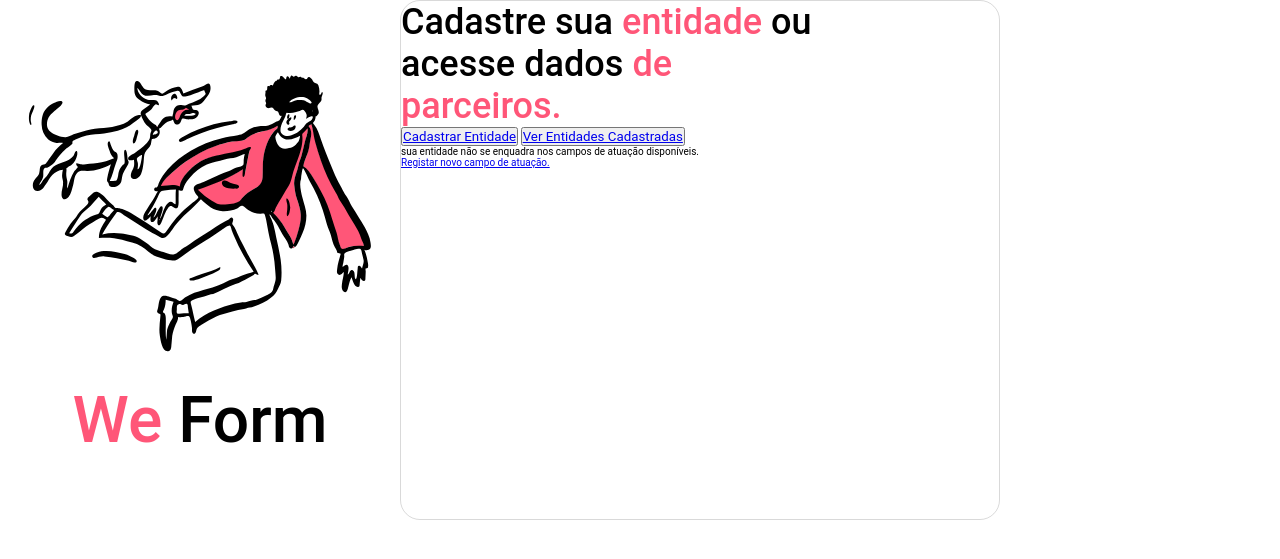
Repository: guilhermecardoso93/we-form
Page: index.html
The author's editor kept a copy of each file at every save. The page is drawn from the files as they stood at one save, then again after a run of saves.
The browser window is 1280 px wide. The pictures show the whole page.

Above is the page before, as saved 2024-06-09 12:10:48.

### index.html
<!DOCTYPE html>
<html lang="pt-BR">

<head>
    <meta charset="UTF-8">
    <meta name="viewport" content="width=device-width, initial-scale=1.0">
    <link rel="stylesheet" href="./styles.css">
    <title>We Form</title>
</head>

<body>
    <div class="content">

        <aside>
            <img src="./assets/hero.svg" alt="Ilustração mulher com cachorro" />
            <h1>
                <span>We</span> Form
            </h1>
        </aside>

        <main>
            <h2>Cadastre sua <span>entidade</span> ou acesse dados <span>de parceiros.</span></h2>
            <div class="buttons">
                <button>
                <a href="http://">Cadastrar Entidade</a>
            </button>
                <button>
                <a href="http://">Ver Entidades Cadastradas</a>
            </button>
            </div>
            <p>sua entidade não se enquadra nos campos de atuação disponíveis.</p>
            <a href="http://">Registar novo campo de atuação.</a>
        </main>
    </div>
</body>

</html>

### styles.css
* {
  padding: 0;
  margin: 0;
  box-sizing: border-box;
  font-family: Roboto, sans-serif;
}

:root {
  font-size: 62.5%;
}

body {
  margin: auto;
}

.content {
  display: flex;
}

aside {
  display: flex;
  flex-direction: column;
  align-items: center;
  justify-content: center;
  gap: 2rem;
}

aside h1 {
  font-size: 6.4rem;
  font-weight: 500;
  line-height: 75px;
}

aside h1>span, main h2>span {
  color: #FF5678;
}

aside img {
  width: 40rem;
}


main {
  width: 60rem;
  height: 52rem;
  border: 1px solid rgba(0, 0, 0, 0.15);
  border-radius: 20px;
}

main h2 {
  max-width: 43rem;
  font-size: 3.6rem;
  font-weight: 500;
}

.button {
  display: flex;
  flex-direction: column;
}

After the next 2 saves:
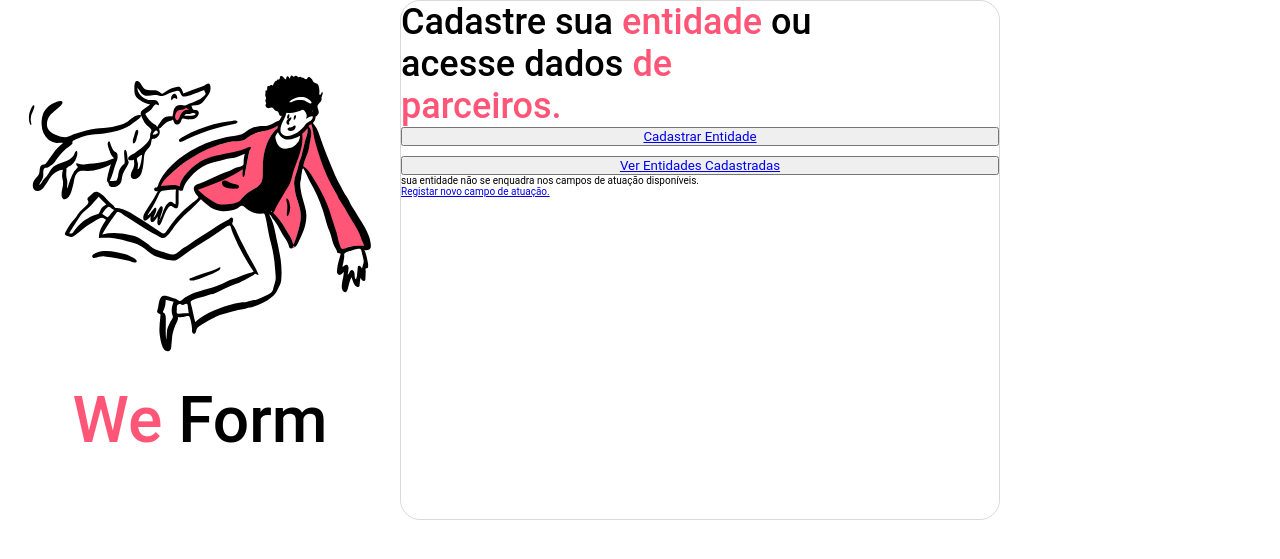
The 2 saves are shown as one change because they came seconds apart.
The last was saved 15 s later.
--- a/styles.css
+++ b/styles.css
@@ -53,7 +53,9 @@ main h2 {
   font-weight: 500;
 }
 
-.button {
+.buttons {
   display: flex;
   flex-direction: column;
+  justify-content: center;
+  gap: 1rem
 }
